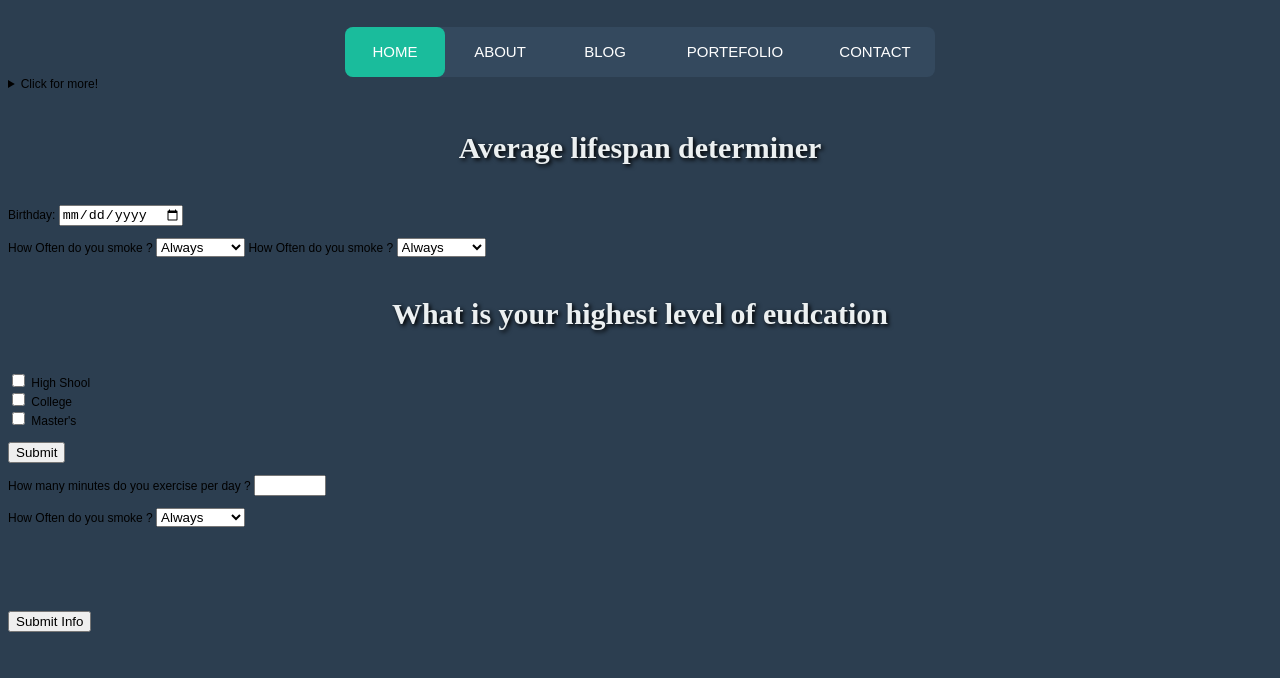
Repository: navid-amini12/capstone-1
Page: wordgame.html
An editor plug-in stored every save of this project. The page is shown before and after the next save, followed by the edit.
The browser window is 1280 px wide. The pictures show the whole page.

Above is the page before, as saved 2022-05-30 19:03:40.

### wordgame.html


  <!-- <link rel="stylesheet" type="text/css" href="Life.css"> -->
  <link rel="stylesheet" type="text/css" href="wrodgame2.css">


  <nav class = "ddd">
    <a href="#">Home</a>
    <a href="#">About</a>
    <a href="#">Blog</a>
    <a href="#">Portefolio</a>
    <a href="#">Contact</a>
    <div class="animation start-home"></div>
  </nav>




 <div class = "container">

   <div class = "element">
    <details class="dropdown">
      <summary role="button">
        <a class="button">Click for more!</a>
      </summary>
      <ul>
        <li><a href="#">I'm a dropdown.</a></li>
        <li><a href="#">In Pure CSS</a></li>
        <li><a href="#">As in...</a></li>
        <li><a href="#">No JavaScript.</a></li>
        <li><a href="#">At All.</a></li>
    </ul>
  </details>

    <h1>Average lifespan determiner</h1>


    <form action="/action_page.php">
      <label for="birthday">Birthday:</label>
      <input type="date" id="birthday" name="birthday">

    </form>

  <label for="cars">How Often do you smoke ?</label>

  <select id="questions">
  <option value="volvo">Always</option>
  <option value="saab">Often</option>
  <option value="opel">Sometimes</option>
  <option value="audi">Rarely</option>
  <option value="audi">Never</option>
  </select>

  <label for="cars">How Often do you smoke ?</label>

  <select id="questions">
  <option value="volvo">Always</option>
  <option value="saab">Often</option>
  <option value="opel">Sometimes</option>
  <option value="audi">Rarely</option>
  <option value="audi">Never</option>
  </select>

  <h1>What is your highest level of eudcation</h1>

  <form action="/action_page.php">
  <input type="checkbox" id="vehicle1" name="vehicle1" value="Bike">
  <label for="vehicle1"> High Shool</label><br>
  <input type="checkbox" id="vehicle2" name="vehicle2" value="Car">
  <label for="vehicle2"> College</label><br>
  <input type="checkbox" id="vehicle3" name="vehicle3" value="Boat">
  <label for="vehicle3"> Master's</label><br><br>
  <input type="submit" value="Submit">
  </form>

  <form>
    <label for="quantity">How many minutes do you exercise per day ? </label>
    <input type="number" id="quantity" name="quantity" min="0" max="1000">
  </form>




  <label for="cars">How Often do you smoke ?</label>

  <select id="myquestions">
  <option value="always">Always</option>
  <option value="often">Often</option>
  <option value="sometimes">Sometimes</option>
  <option value="rarely">Rarely</option>
  <option value="never">Never</option>
  </select>
  <br>
  <br>
  <br>
  <br>


  <br>
  <br>
  <br>
  <!-- <button id = "submitInfo">Submit The Info</button></div> -->





  <input id = "submitInfo" type="button" value = "Submit Info" onclick="alert('Submitting INfo');" />
  </div>

  <!-- <input id = "submitInfo" type="button" value = "Submit Info" onclick="alert('Submitting INfo');" /> -->


















  <body class="container">
    <ul id="people" class=""></ul>


    <script src="https://unpkg.com/axios/dist/axios.min.js"></script>
    <script>

      document.getElementById("submitInfo").onclick = function () {
        axios
          .get("http://localhost:4000/api/users")
          .then(function (response) {
            var e = document.getElementById("myquestions");
            var strUser = e.options[e.selectedIndex].text;

            var birthday = document.getElementById("birthday").value


     if (strUser == "Never") {


       alert( document.getElementById("people").innerHTML = response.data[0] + birthday)

    }
          })


          .catch(function (err) {
            document.getElementById("people").innerHTML =
              '<li class="text-danger">' + err.message + "</li>";
          });
      };
    </script>
    <script>var ALERT_TITLE = "Oops!";
      var ALERT_BUTTON_TEXT = "Ok";

      if(document.getElementById) {
        window.alert = function(txt) {
          createCustomAlert(txt);
        }
      }

      function createCustomAlert(txt) {
        d = document;

        if(d.getElementById("modalContainer")) return;

        mObj = d.getElementsByTagName("body")[0].appendChild(d.createElement("div"));
        mObj.id = "modalContainer";
        mObj.style.height = d.documentElement.scrollHeight + "px";

        alertObj = mObj.appendChild(d.createElement("div"));
        alertObj.id = "alertBox";
        if(d.all && !window.opera) alertObj.style.top = document.documentElement.scrollTop + "px";
        alertObj.style.left = (d.documentElement.scrollWidth - alertObj.offsetWidth)/2 + "px";
        alertObj.style.visiblity="visible";

        h1 = alertObj.appendChild(d.createElement("h1"));
        h1.appendChild(d.createTextNode(ALERT_TITLE));

        msg = alertObj.appendChild(d.createElement("p"));
        //msg.appendChild(d.createTextNode(txt));
        msg.innerHTML = txt;

        btn = alertObj.appendChild(d.createElement("a"));
        btn.id = "closeBtn";
        btn.appendChild(d.createTextNode(ALERT_BUTTON_TEXT));
        btn.href = "#";
        btn.focus();
        btn.onclick = function() { removeCustomAlert();return false; }

        alertObj.style.display = "block";

      }

      function removeCustomAlert() {
        document.getElementsByTagName("body")[0].removeChild(document.getElementById("modalContainer"));
      }
      function ful(){
      alert('Alert this pages');
      }</script>
  </body>
</html>

### wrodgame2.css












nav {
    margin: 27px auto 0;

    position: relative;
    width: 590px;
    height: 50px;
    background-color: #34495e;
    border-radius: 8px;
    font-size: 0;
  }
  nav a {
    line-height: 50px;
    height: 100%;
    font-size: 15px;
    display: inline-block;
    position: relative;
    z-index: 1;
    text-decoration: none;
    text-transform: uppercase;
    text-align: center;
    color: white;
    cursor: pointer;
  }
  nav .animation {
    position: absolute;
    height: 100%;
    top: 0;
    z-index: 0;
    transition: all .5s ease 0s;
    border-radius: 8px;
  }
  a:nth-child(1) {
    width: 100px;
  }
  a:nth-child(2) {
    width: 110px;
  }
  a:nth-child(3) {
    width: 100px;
  }
  a:nth-child(4) {
    width: 160px;
  }
  a:nth-child(5) {
    width: 120px;
  }
  nav .start-home, a:nth-child(1):hover~.animation {
    width: 100px;
    left: 0;
    background-color: #1abc9c;
  }
  nav .start-about, a:nth-child(2):hover~.animation {
    width: 110px;
    left: 100px;
    background-color: #e74c3c;
  }
  nav .start-blog, a:nth-child(3):hover~.animation {
    width: 100px;
    left: 210px;
    background-color: #3498db;
  }
  nav .start-portefolio, a:nth-child(4):hover~.animation {
    width: 160px;
    left: 310px;
    background-color: #9b59b6;
  }
  nav .start-contact, a:nth-child(5):hover~.animation {
    width: 120px;
    left: 470px;
    background-color: #e67e22;
  }

  body {
    font-size: 12px;
    font-family: sans-serif;
    background: #2c3e50;
  }
  h1 {
    text-align: center;
    margin: 40px 0 40px;
    text-align: center;
    font-size: 30px;
    color: #ecf0f1;
    text-shadow: 2px 2px 4px #000000;
    font-family: 'Cherry Swash', cursive;
  }

  p {
      position: absolute;
      bottom: 20px;
      width: 100%;
      text-align: center;
      color: #ecf0f1;
      font-family: 'Cherry Swash',cursive;
      font-size: 16px;
  }

  span {
      color: #2BD6B4;
  }










  .dropdowndiv {
    margin: auto;
  width: 50%;
  border: 3px solid green;
  padding: 10px;
}

After the next save:
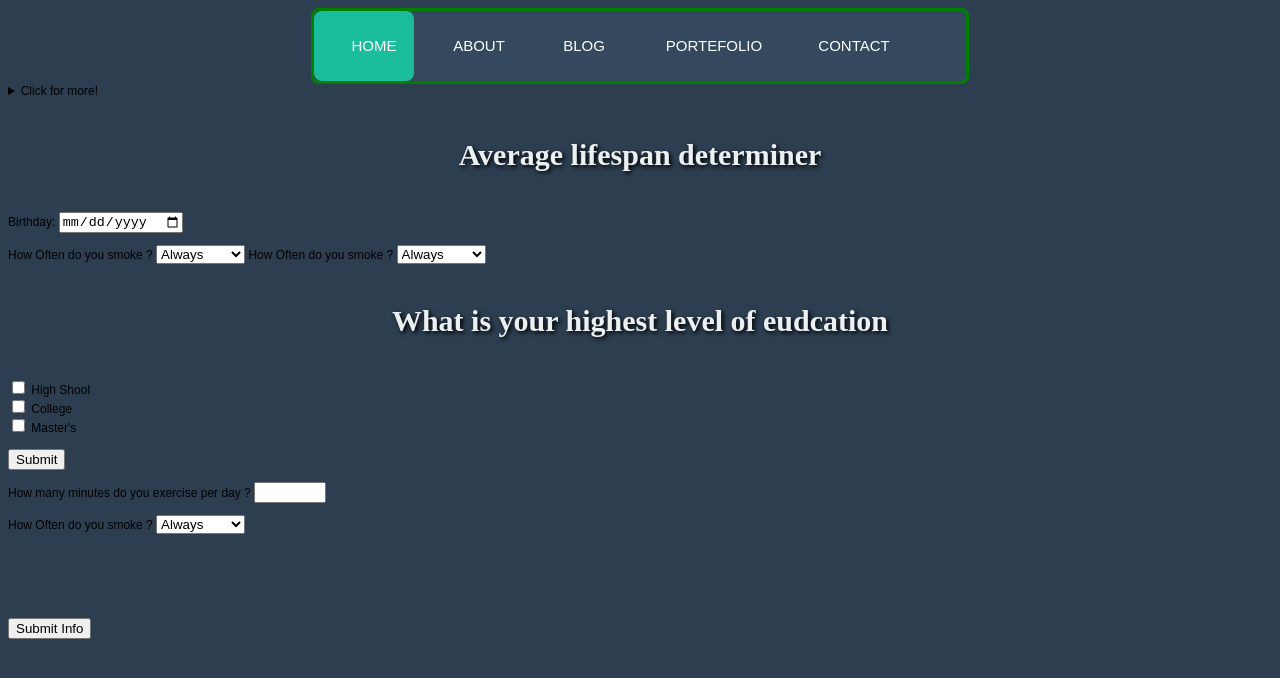
Saved 3 s later.
--- a/wrodgame2.css
+++ b/wrodgame2.css
@@ -120,7 +120,7 @@ nav {
 
 
 
-  .dropdowndiv {
+  .ddd {
     margin: auto;
   width: 50%;
   border: 3px solid green;

After the save that followed:
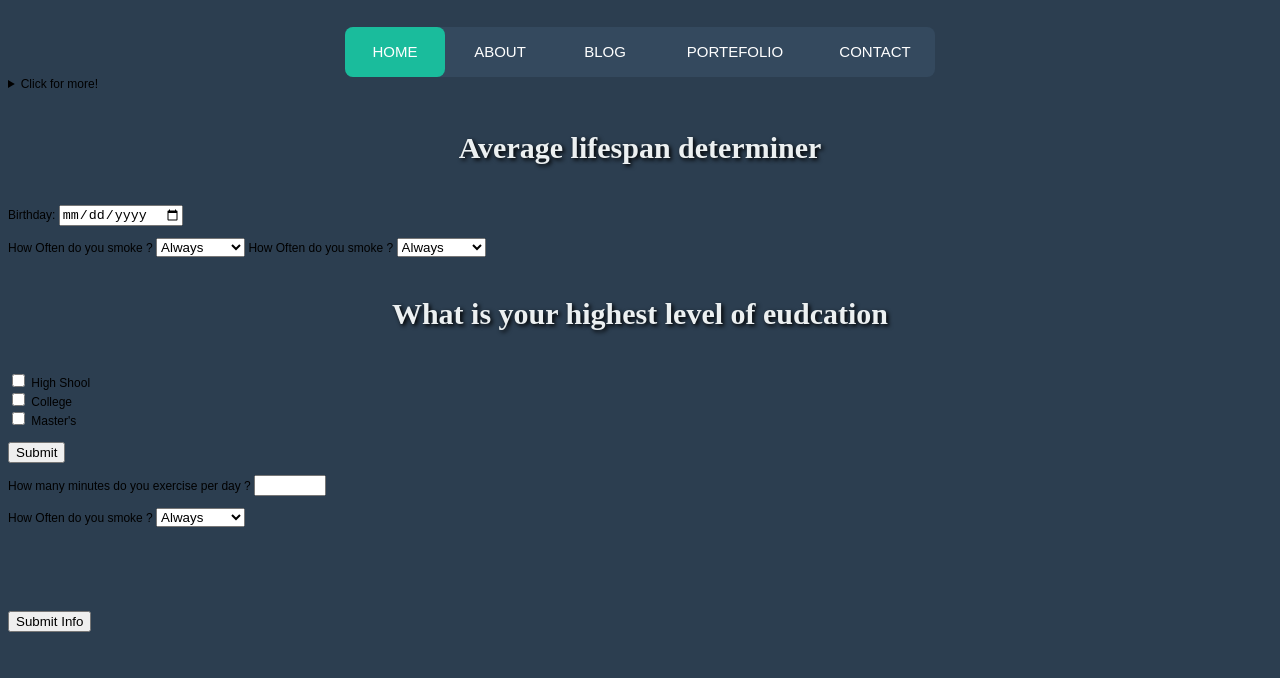
Saved 10 s later.
--- a/wrodgame2.css
+++ b/wrodgame2.css
@@ -120,7 +120,7 @@ nav {
 
 
 
-  .ddd {
+.dropdowndiv {
     margin: auto;
   width: 50%;
   border: 3px solid green;
